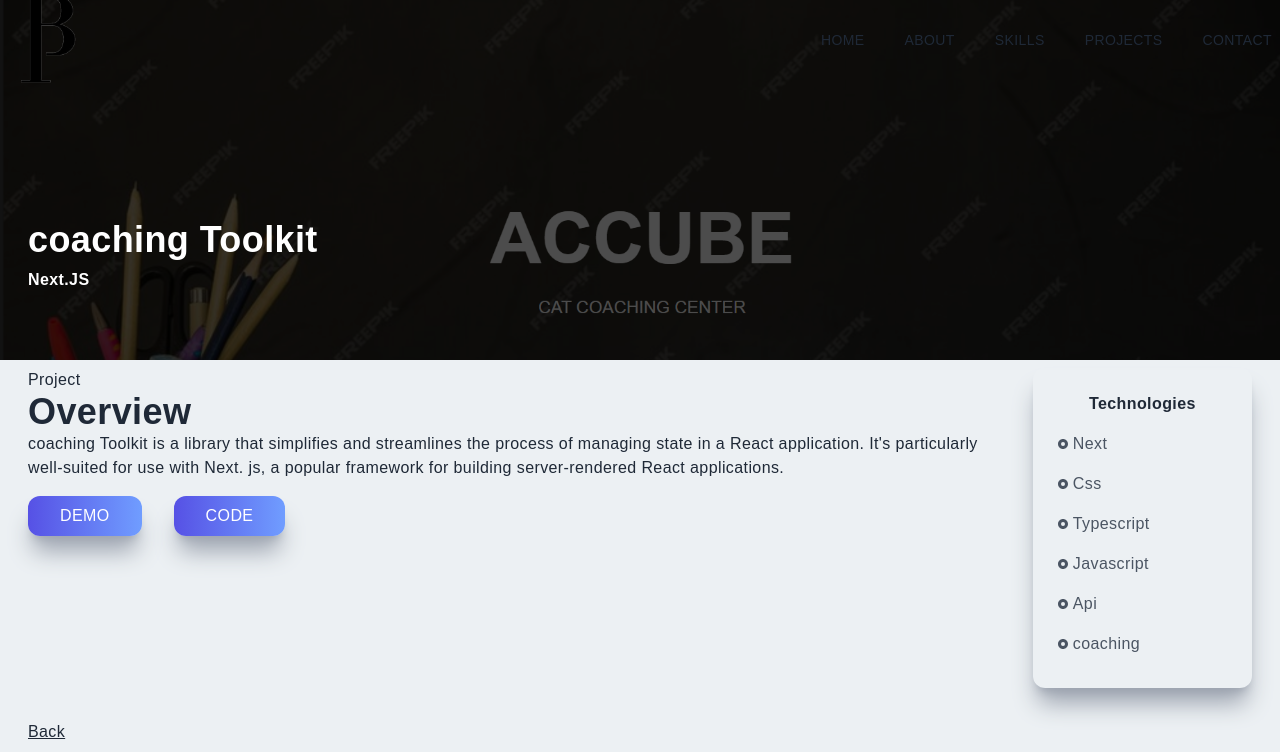
Repository: bittu-Patel/portfolio-resume-next-js
Page: /coaching
An editor plug-in stored every save of this project. The page is shown before and after a run of saves, followed by the edit.
The browser window is 1280 px wide. The pictures show the whole page.
The project was rebuilt for these pictures with package versions that can differ from the ones it lists, and the page was loaded fresh each time. The framework's server and built-in components were replaced by stand-ins that run in the browser. Also part of the build but not shown: next.config.js.

Above is the page before, as saved 2023-09-26 14:40:17.

### pages/_app.js

import Navbar from '@/components/Navbar'
import '../styles/globals.css'

 function App({ Component, pageProps }) {
  return(
    <>
    <Navbar />
     <Component {...pageProps} />
     </>
  )
}


export default App

### pages/coaching.jsx
import React from 'react'
import coachingImg from '../public/assets/skills/coaching.png';
import Image from 'next/image'
import { RiRadioButtonFill } from 'react-icons/ri'
import Link from 'next/link'

const coachingtoolkit = () => {
  return (
    <div className='w-full'>
      <div className='w-screen h-[50vh] relative'>
<div className='absolute top-0 left-0 w-full h-[50vh] bg-black/70 z-10' />
  <Image
          className='absolute z-1'
          layout='fill'
          objectFit='cover'
          src={coachingImg}
          alt='/'
        />
  <div className='absolute top-[70%] max-w-[1240px] w-full left-[50%] right-[50%] translate-x-[-50%] translate-y-[-50%] text-white z-10 p-2'>
    <h2 className='py-2'>coaching Toolkit</h2>
    <h3>Next.JS</h3>
  </div>
</div>
<div className='max-w-[1240px] mx-auto p-2 grid md:grid-cols-5 gap-8 '>
<div className='col-span-4'>
<p>Project</p>
<h2>Overview</h2>
<p>coaching Toolkit is a library that simplifies and streamlines the process of managing state in a React application.
   It&#39;s particularly well-suited for use with Next.
   js, a popular framework for building server-rendered React applications.
   </p>
   <button className='px-8 py-2 mt-4 mr-8'>Demo</button>
   <button className='px-8 py-2 mt-4 '>Code</button>
   </div>
   <div className='col-span-4 md:col-span-1 shadow-xl shadow-gray-400 rounded-xl p-4'>
    <div className='p-2'>
   <p className='text-center font-bold pb-2'>Technologies</p>
   <div className='grid grid-cols-3 md:grid-cols-1'>
    <p className='text-gray-600 py-2 flex items-center'><RiRadioButtonFill className='pr-1' />Next</p>
    <p className='text-gray-600 py-2 flex items-center'><RiRadioButtonFill className='pr-1' />Css</p>
    <p className='text-gray-600 py-2 flex items-center'><RiRadioButtonFill className='pr-1' />Typescript</p>
    <p className='text-gray-600 py-2 flex items-center'><RiRadioButtonFill className='pr-1' />Javascript</p>
    <p className='text-gray-600 py-2 flex items-center'><RiRadioButtonFill className='pr-1' />Api</p>
    <p className='text-gray-600 py-2 flex items-center'><RiRadioButtonFill className='pr-1' />coaching</p>
   </div>
    </div>
   </div>
   <Link href='/#projects'>
 <p className='underline cursor-pointer'>Back</p>
   </Link>
</div>
    </div>
  )
}

export default coachingtoolkit

### components/Navbar.jsx
import Image from 'next/image'
import React, { useState, useEffect } from 'react'
import { FaGithub, FaLinkedinIn } from 'react-icons/fa';
import { BsFillPersonLinesFill } from 'react-icons/bs';
import Link from 'next/link'
import { AiOutlineClose, AiOutlineMenu ,AiOutlineMail } from 'react-icons/ai'

const Navbar = () => {
    const [nav, setNav] = useState(false)
   const [shadow, setShadow] = useState(false)
    const handleNav = () => {
        setNav(!nav)
    }

    useEffect(()=> {
const handleShadow = () => {
    if (window.scrollY >= 90) {
        setShadow(true)

    } else {
   setShadow(false)
    }
}
window.addEventListener('scroll', handleShadow);
    },[])


  return (
    <div
      style={{ backgroundColor: `${nav}` }}
      className={
        shadow
          ? 'fixed w-full h-20 shadow-xl z-[100] ease-in-out duration-300'
          : 'fixed w-full h-20 z-[100]'
      }
    >
<div className='flex justify-between items-center w-full h-full px-2 2xl:px-16'>
    <Link href='/'>

    <Image
     src="/../assets/navLogo.png"
      alt="/"
       width='80'
       height='20'
       />
      </Link>
<div>
    <ul className='hidden md:flex'>
        <Link href='/'>
            <li className='ml-10 text-sm uppercase hover:border-b'>Home</li>
        </Link>
        <Link href='/#about'>
            <li className='ml-10 text-sm uppercase hover:border-b'>About</li>
        </Link>
        <Link href='/#skills'>
            <li className='ml-10 text-sm uppercase hover:border-b'>Skills</li>
        </Link>
        <Link href='/#projects'>
            <li className='ml-10 text-sm uppercase hover:border-b'>Projects</li>
        </Link>
        <Link href='/#contact'>
            <li className='ml-10 text-sm uppercase hover:border-b'>Contact</li>
        </Link>
    </ul>
    <div onClick={handleNav} className='md:hidden'>
    <AiOutlineMenu />
    </div>
</div>
</div>
<div className={nav ? 'md:hidden fixed left-0 top-0 w-full h-screen bg-black/70' : ''}>
<div
          className={
            nav
              ? ' fixed left-0 top-0 w-[75%] sm:w-[60%] md:w-[45%] h-screen bg-[#ecf0f3] p-10 ease-in duration-500'
              : 'fixed left-[-100%] top-0 p-10 ease-in duration-500'
          }
        >
 <div >
    <div className='flex w-full items-center justify-between'>
        <Link href='/'>
<Image
 src="/../assets/navLogo.png"
  width='80'
   height='30'
    alt='/'
    />
</Link>
<div onClick={handleNav} className='rounded-full shadow-lg shadow-gray-400 p-3 cursor-pointer'>
<AiOutlineClose />
</div>
    </div>
    <div onClick={handleNav} className='border-b border-gray-300 my-4'>
        <p className='w-[85%] md:w-[90%] py-4'>Let&apos;S build something together </p>
    </div>
 </div>
 <div className='py-2 flex flex-col'>
    <ul className='uppercase'>
        <Link href='/'>
            <li onClick={()=> setNav(false)} className='py-4 text-sm'>Home</li>
        </Link>
        <Link href='/#about'>
            <li onClick={()=> setNav(false)} className='py-4 text-sm'>About</li>
        </Link>
        <Link href='/#skills'>
            <li onClick={()=> setNav(false)} className='py-4 text-sm'>Skills</li>
        </Link>
        <Link href='/#projects'>
            <li onClick={()=> setNav(false)} className='py-4 text-sm'>Projects</li>
        </Link>
        <Link href='/#contact'>
            <li onClick={()=> setNav(false)} className='py-4 text-sm'>Contact</li>
        </Link>
    </ul>
    <div className='pt-40'>
 <p className='uppercase tracking-widest text-[#5651e5]'>
    Let&apos;S Connect
    </p>
    <div className='flex items-center justify-between my-4 w-full sm:w-[80%]'>
 <div className='rounded-full shadow-lg shadow-gray-400 p-3 cursor-pointer hover:scale-105 ease-in duration-300'>
 <FaLinkedinIn />
 </div>
 <div className='rounded-full shadow-lg shadow-gray-400 p-3 cursor-pointer hover:scale-105 ease-in duration-300'>
 <FaGithub />
 </div>
 <div className='rounded-full shadow-lg shadow-gray-400 p-3 cursor-pointer hover:scale-105 ease-in duration-300'>
 <AiOutlineMail />
 </div>
 <div className='rounded-full shadow-lg shadow-gray-400 p-3 cursor-pointer hover:scale-105 ease-in duration-300'>
 <BsFillPersonLinesFill />
 </div>
</div>
    </div>
 </div>
    </div>
</div>
    </div>
  )
}

export default Navbar

Loaded but not shown: pages/_document.tsx (common file); styles/globals.css (common file); tailwind.config.ts (common file)

After the next 5 saves:
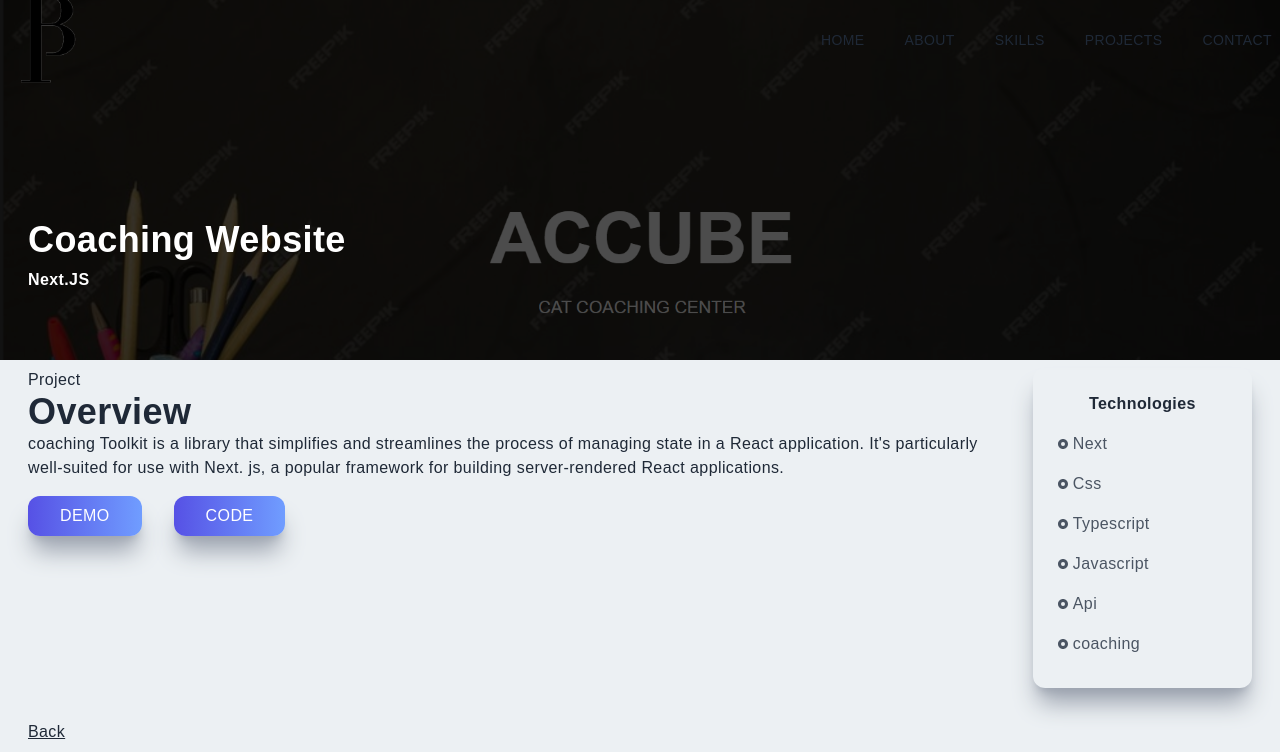
The 5 saves are shown as one change because 3 did not build or start and some came seconds apart.
The last was saved 40 s later.
--- a/pages/coaching.jsx
+++ b/pages/coaching.jsx
@@ -4,7 +4,7 @@ import Image from 'next/image'
 import { RiRadioButtonFill } from 'react-icons/ri'
 import Link from 'next/link'
 
-const coachingtoolkit = () => {
+const coaching = () => {
   return (
     <div className='w-full'>
       <div className='w-screen h-[50vh] relative'>
@@ -17,7 +17,7 @@ const coachingtoolkit = () => {
           alt='/'
         />
   <div className='absolute top-[70%] max-w-[1240px] w-full left-[50%] right-[50%] translate-x-[-50%] translate-y-[-50%] text-white z-10 p-2'>
-    <h2 className='py-2'>coaching Toolkit</h2>
+    <h2 className='py-2'>Coaching Website</h2>
     <h3>Next.JS</h3>
   </div>
 </div>
@@ -53,4 +53,4 @@ const coachingtoolkit = () => {
   )
 }
 
-export default coachingtoolkit
+export default coaching
